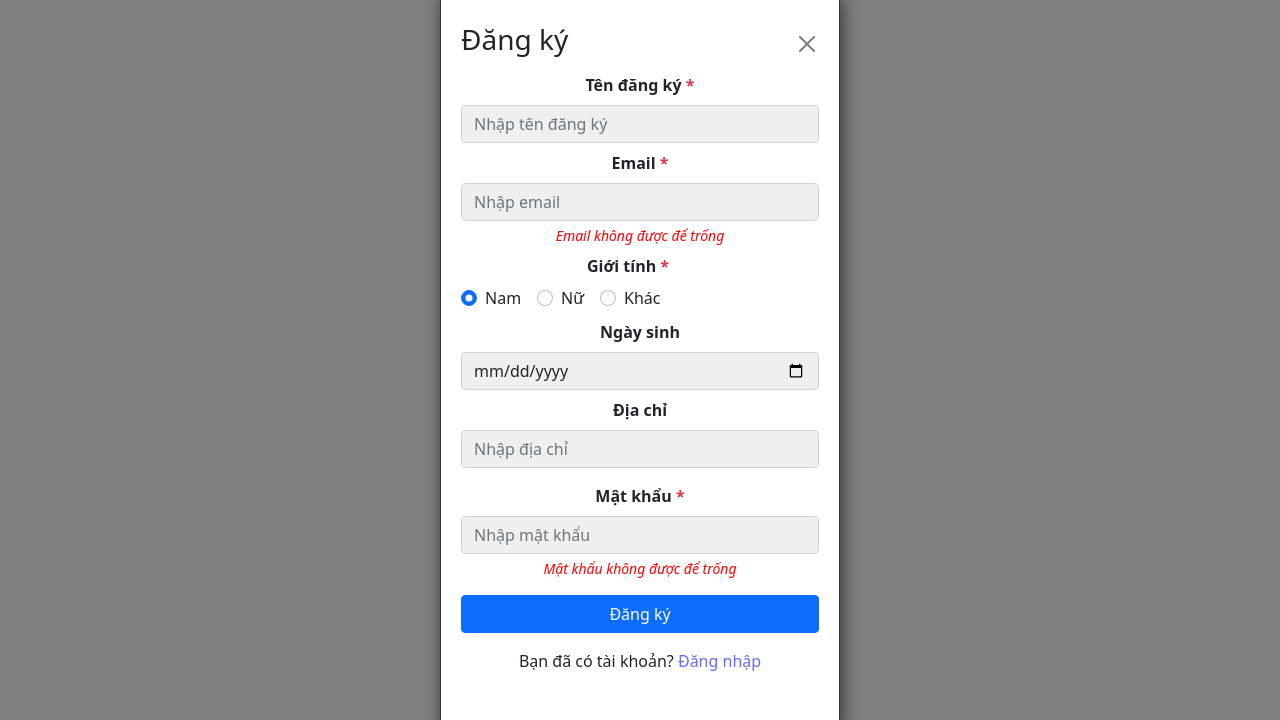
Repository: TinhTT336/MD02_Session12
Page: / (app in client/)
An editor plug-in stored every save of this project. The page is shown before and after the next save, followed by the edit.
The browser window is 1280 px wide. The pictures show the whole page.
The project was rebuilt for these pictures with package versions that can differ from the ones it lists, and the page was loaded fresh each time. Also part of the build but not shown: client/vite.config.js, client/src/utils/formatData.js, client/src/components/admin/manager-product/FormAdd.jsx, client/src/components/admin/manager-product/FormEdit.jsx, client/src/pages/product/ListProduct.jsx, client/src/components/admin/manager-user/FormAddUser.jsx, client/src/components/admin/manager-user/FormEditUser.jsx, client/src/components/base/loading.css and 4 more.

Above is the page before, as saved 2023-09-12 16:09:27.

After the next save:
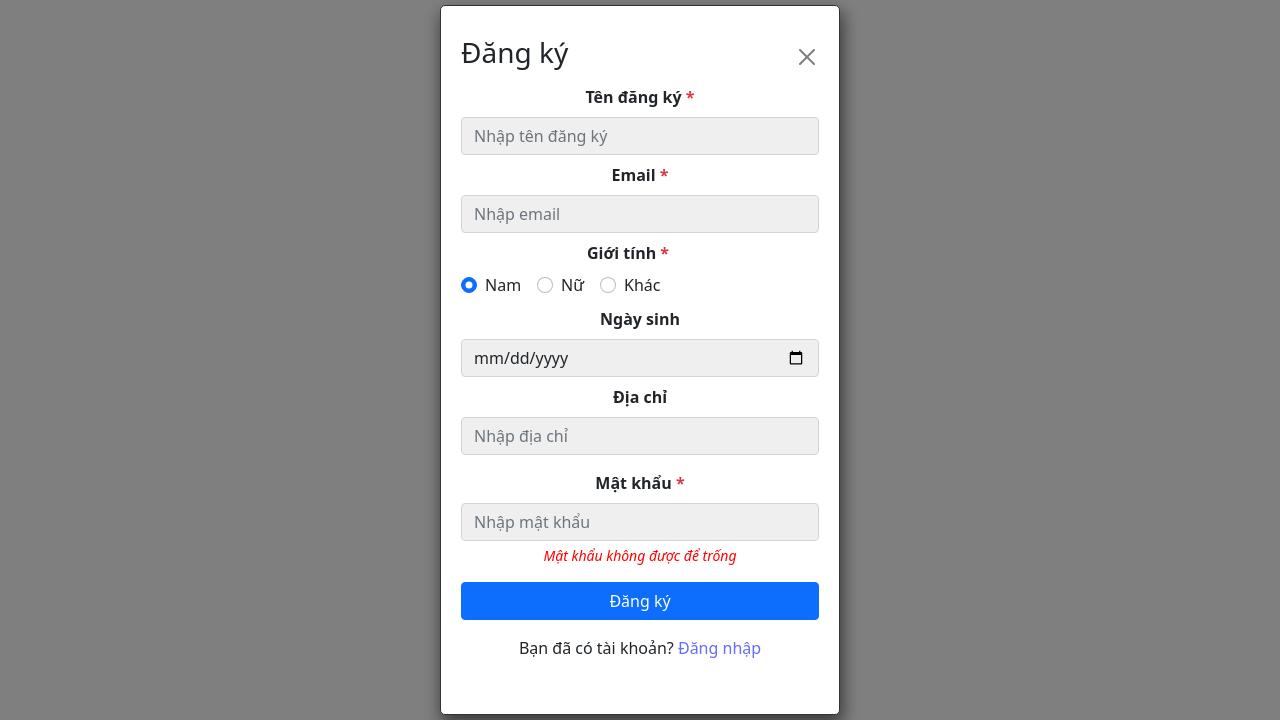
Saved 88 s later.
--- a/client/src/pages/user/register/Register.jsx
+++ b/client/src/pages/user/register/Register.jsx
@@ -83,8 +83,8 @@ export default function Register() {
                     </div>
                     <div className='form-group mb-2'>
                         <label className='form-label' htmlFor="email">Email <span className="text-danger">*</span></label>
-                        <input className='form-control' type="text" name="email" id="email" placeholder='Nhập email' onChange={handleInputChange} />
-                        <div className='text-err mt-1'>Email không được để trống</div>
+                        <input className={`form-control ${emailError && border - err}`} type="text" name="email" id="email" placeholder='Nhập email' onChange={handleInputChange} />
+                        {usernameError && <div className='text-err mt-1'>Email không được để trống</div>}
                     </div>
                     <div className='d-flex flex-column'>
                         <label htmlFor="gender" className="form-label me-4">
@@ -115,7 +115,7 @@ export default function Register() {
                     </div>
                     <div className='form-group mb-3'>
                         <label className='form-label' htmlFor="password">Mật khẩu <span className="text-danger">*</span></label>
-                        <input className='form-control' type="password" name="password" id="password" placeholder='Nhập mật khẩu'
+                        <input className={`form-control ${passwordError && border - err}`} type="password" name="password" id="password" placeholder='Nhập mật khẩu'
                             onChange={handleInputChange} />
                         <div className='text-err mt-1'>Mật khẩu không được để trống</div>
                     </div>
